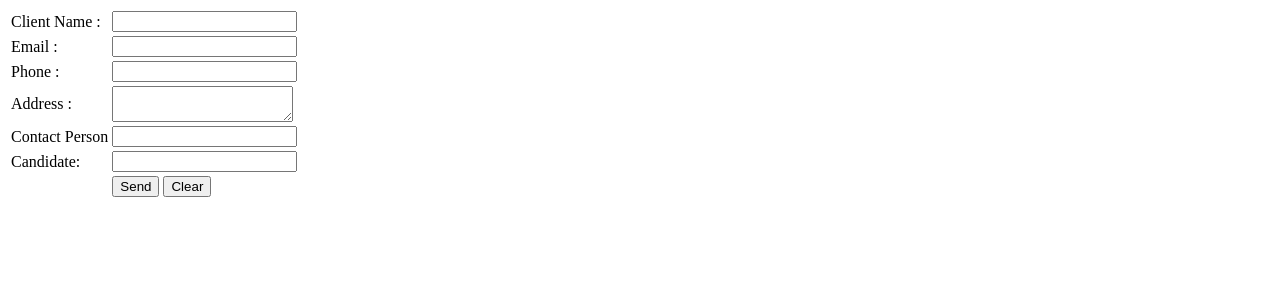
Repository: sosam29/CandidateTracking
Page: http://localhost/SimpleCandidateTrackingApp/addsubmission.jsp
An editor plug-in stored every save of this project. The page is shown before and after the next save, followed by the edit.
The browser window is 1280 px wide. The pictures show the whole page.
Some web libraries are served in a nearby version. The page is served by Tomcat 9. Other server files are loaded and not shown.

Above is the page before, as saved 2014-08-04 11:04:45.

### SimpleCandidateTrackingApp/WebContent/addsubmission.jsp
<%@ page language="java" contentType="text/html; charset=UTF-8"
    pageEncoding="UTF-8"%>
<!DOCTYPE html PUBLIC "-//W3C//DTD HTML 4.01 Transitional//EN" "http://www.w3.org/TR/html4/loose.dtd">
<html>
<head>
<meta http-equiv="Content-Type" content="text/html; charset=UTF-8">
<title>Add Communication</title>
<script src="http://ajax.googleapis.com/ajax/libs/jquery/1.11.1/jquery.min.js"></script>
<script>
    $(document).ready(function() {
      $('.form_error').hide();
      $('#submit').click(function(){
           var name = $('#name').val();
           var email = $('#email').val();
           var phone = $('#phone').val();
           //var message = $('#message').val();
           if(name== ''){
              $('#name').next().show();
              return false;
            }
            if(email== ''){
               $('#email').next().show();
               return false;
            }
            if(IsEmail(email)==false){
                $('#invalid_email').show();
                return false;
            }

            if(phone== ''){
                $('#phone').next().show();
                return false;
            }
           /*  if(message== ''){
                $('#message').next().show();
                return false;
            } */
            //ajax call php page
            $.post("savesubmission.jsp", $("#AddSubmission").serialize(),  function(response) {
            $('#AddSubmission').fadeOut('slow',function(){
            	//TODO: Comment this alert in production
            	alert('Data saved');
                /* $('#success').html('<b>candidate info saved.</d>');
                $('#success').fadeIn('slow'); */
            	$('#AddSubmission').each(function(){
                    this.reset();   //Here form fields will be cleared.
                });
            	$('#AddSubmission').fadeIn('fast');
               });

             });
             return false;
          });
      });
      function IsEmail(email) {
        var regex = /^([a-zA-Z0-9_\.\-\+])+\@(([a-zA-Z0-9\-])+\.)+([a-zA-Z0-9]{2,4})+$/;
        if(!regex.test(email)) {
           return false;
        }else{
        	 return true;
        }
      }
      </script>
</head>
<body>
	<form action="" method="post" id="AddSubmission">
		<table class="client-table">
			<tr>
				<td><label for="txtclientname">Client Name :</label></td>
				<td class="name"><input name="txtname" id="name" type="text"
					class="client-input"><span class="form_error">Please
						enter Client name</span></td>
			</tr>
			<tr>
				<td><label for="txtclientemail">Email :</label></td>
				<td class="email"><input name="txtclientemail" id="email"
					type="text" class="client-input"><span class="form_error">Please
						enter client email</span> <span class="form_error" id="invalid_email">This
						email is not valid</span></td>
			</tr>
			<tr>
				<td><label for="txtclientphone">Phone :</label></td>
				<td class="phone"><input name="txtclientphone" id="phone"
					type="text" class="client-input"><span class="form_error">Please
						enter Client phone</span></td>
			</tr>
			<tr>
				<td><label for="txtclientaddress">Address :</label></td>
				<td class="message"><textarea name="txtclientaddress"
						id="address" class="client-input"></textarea><span
					class="form_error">Please enter your Address</span></td>
			</tr>
			<!-- <tr>
				<td><label for="txtclientaddress2">Address2 :</label></td>
				<td class="message"><textarea name="txtclientaddress2"
						id="address2" class="client-input"></textarea><span
					class="form_error">Please enter your Address2</span></td>
			</tr>

			<tr>
				<td><label for="txtclientcity">City:</label></td>
				<td class="message"><textarea name="txtclientcity" id="city"
						class="client-input"></textarea><span class="form_error">Please
						enter your City</span></td>
			</tr>
			<tr>
				<td><label for="txtclientstate">State :</label></td>
				<td class="message"><textarea name="txtclientstate" id="state"
						class="client-input"></textarea><span class="form_error">Please
						enter your Address</span></td>
			</tr>
			<tr>
				<td><label for="txtclientzip">Zip :</label></td>
				<td class="txtclientzip"><input name="txtclientzip" id="zip"
					type="text" class="client-input"><span class="form_error">Please
						enter zip</span></td>
			</tr> -->
			<tr>
				<td><label for="txtclientcontact">Contact Person</label></td>
				<td class="txtclientcontact"><input name="txtclientcontact"
					id="clientcontact" type="text" class="client-input"><span
					class="form_error">Please enter Contact Person</span></td>
			</tr>
			<tr>
				<td><label for="candidateselection">Candidate:</label></td>
				<td class="selcandidate"><input name="candidate"
				id="candidate" type="text" class=""client-input>
				<span
					class="form_error">Please enter Candidate</span></td>
			</tr>
				<td></td>
				<td><input type="submit" class="clientform-buttons" id="submit"
					value="Send" /> <input type="reset" class="clientform-buttons"
					id="" value="Clear" /></td>
			</tr>
		</table>
	</form>
</body>
</html>

After the next save:
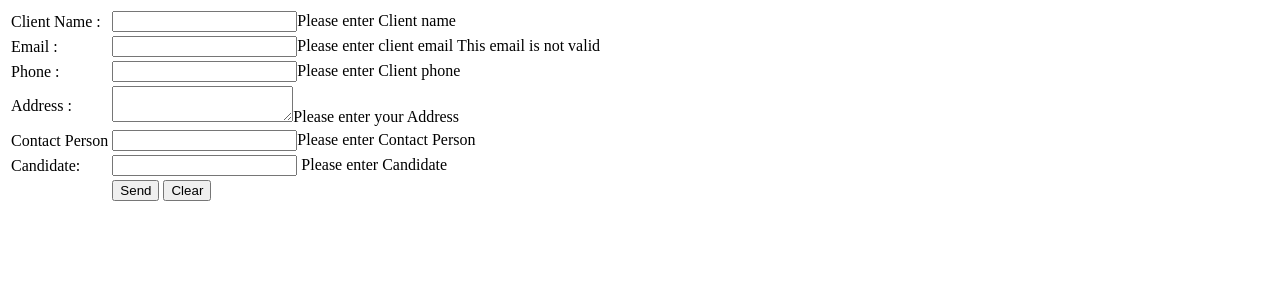
Console error: SyntaxError: Unexpected token ')'
Saved 5 min 58 s later.
--- a/SimpleCandidateTrackingApp/WebContent/addsubmission.jsp
+++ b/SimpleCandidateTrackingApp/WebContent/addsubmission.jsp
@@ -13,6 +13,7 @@
            var name = $('#name').val();
            var email = $('#email').val();
            var phone = $('#phone').val();
+           var candidate = $('#candidate').val();
            //var message = $('#message').val();
            if(name== ''){
               $('#name').next().show();
@@ -26,12 +27,15 @@
                 $('#invalid_email').show();
                 return false;
             }
+            if(candidate== ''){
+                $('#candidate').next().show();
+                return false;
 
-            if(phone== ''){
+            /*  if(phone== ''){
                 $('#phone').next().show();
                 return false;
             }
-           /*  if(message== ''){
+           if(message== ''){
                 $('#message').next().show();
                 return false;
             } */
@@ -123,10 +127,9 @@
 			</tr>
 			<tr>
 				<td><label for="candidateselection">Candidate:</label></td>
-				<td class="selcandidate"><input name="candidate"
-				id="candidate" type="text" class=""client-input>
-				<span
-					class="form_error">Please enter Candidate</span></td>
+				<td class="selcandidate"><input name="txtcandidate"
+				id="candidate" type="text" class="client-input">
+				<span class="form_error">Please enter Candidate</span></td>
 			</tr>
 				<td></td>
 				<td><input type="submit" class="clientform-buttons" id="submit"
